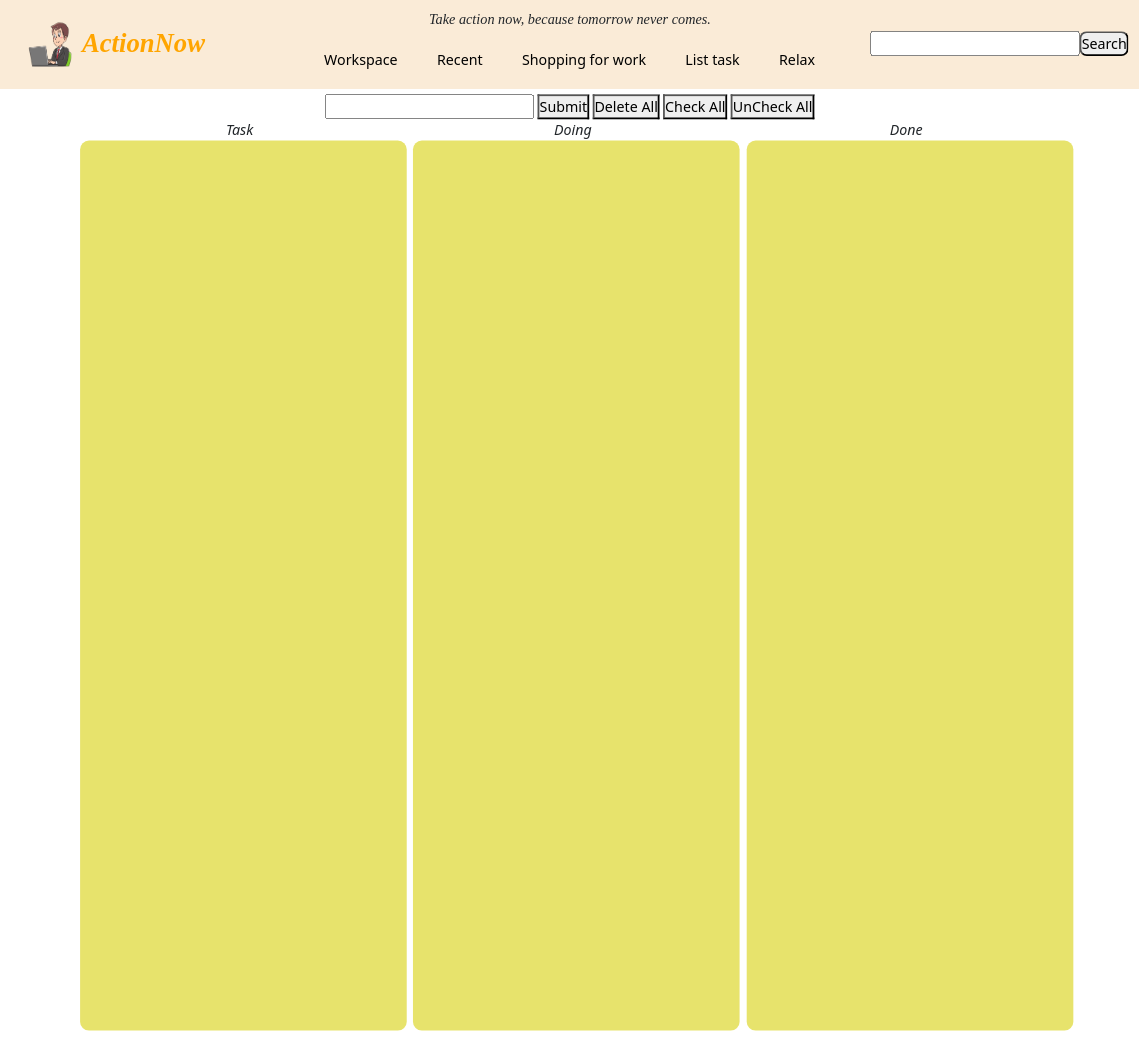
Repository: huavantinh/todo
Page: index.html
These files come from the project's save history. The page is drawn as it stood at one moment and after the next save; the edit follows.
The browser window is 1280 px wide. The pictures show the whole page, at 89% of full size.

Above is the page before, as saved 2023-04-07 09:53:55.

### index.html
<!DOCTYPE html>
<html lang="en">

<head>
  <meta charset="UTF-8" />
  <meta http-equiv="X-UA-Compatible" content="IE=edge" />
  <meta name="viewport" content="width=device-width, initial-scale=1.0" />
  <title>Document</title>
  <link rel="stylesheet" href="./css/style.css" />
  <link rel="stylesheet" href="https://cdn.jsdelivr.net/npm/bootstrap@5.2.3/dist/css/bootstrap.min.css"
    integrity="sha384-rbsA2VBKQhggwzxH7pPCaAqO46MgnOM80zW1RWuH61DGLwZJEdK2Kadq2F9CUG65" crossorigin="anonymous" />
</head>

<body>
  <nav class="nav-bar navbar navbar-default">
    <div class="container-fluid">
      <div class="brand">
        <!-- line1top -->
        <img src="./css/img/logo-brand.png" alt="Brand" />
        <i id="i1">ActionNow</i>
        <i id="i2">Take action now, because tomorrow never comes.</i>
        <!-- search  -->
        <div class="search-box">
          <input type="text" />
          <button>Search</button>
        </div>
      </div>
      <!-- menu  -->
      <div class="nav-menu">
        <div class="list-menu">
          <a href="">Workspace</a>
          <a href="">Recent</a>
          <a href="">Shopping for work</a>
          <a href="">List task</a>
          <a href="">Relax</a>
        </div>
      </div>
    </div>
  </nav>
  <div>

    <div class="container">
      <div class="add">
        <div class="box-add">
          <div class="d-inline-block position-relative">
            <input id="input-sub" type="text" />
            <span style="
                  color: #656966;
                  font-size: 10px;
                  position: absolute;
                  bottom: 0;
                  right: 0;
                " class="message" id="new-task-message">Please enter new task!</span>
          </div>

          <button id="button-submit" onclick="submit()">Submit</button>
          <button id="delete" onclick="deleteAll()">Delete All</button>
          <button id="checkall" onclick="checkAll(this)">Check All</button>
          <button id="uncheckall" onclick="unCheckAll(this)">
            UnCheck All
          </button>
        </div>
      </div>
      <div class="table">
        <div class="tasklist col-list">
          <i id="i1">Task</i>
          <div id="products  " class="col-item"></div>
        </div>

        <div class="doinglist col-list">
          <i id="i2">Doing</i>
          <div id="idoing  " class="col-item"></div>
        </div>

        <div class="donelist col-list">
          <i id="i3">Done</i>
          <div id="idoing " class="col-item"></div>
        </div>

      </div>
    </div>
  </div>
  </div>

  <script src="https://code.jquery.com/jquery-3.6.4.min.js"
    integrity="sha256-oP6HI9z1XaZNBrJURtCoUT5SUnxFr8s3BzRl+cbzUq8=" crossorigin="anonymous"></script>
  <script type="text/javascript" src="https://cdn.jsdelivr.net/npm/bootstrap@5.2.3/dist/js/bootstrap.min.js"></script>
  <script src="./app.js"></script>
</body>

</html>

### css/style.css
/* resetcss */
*{
    padding: 0;
    margin: 0;
}

/* Nav */
.container-fluid{
    position: fixed;
    top: 0;
    left: 0;
    right: 0;
    z-index: 99999;
    background-color: antiquewhite;
}


.brand{
    position: relative;
    display: flex;
    width: 100%;
    height: 50px;
}
.nav-menu{
    display: flex;
    justify-content: center;
    width: 100%;
    height: 50px;
    border-radius: 10px;
}
.nav-menu .list-menu{
    position: absolute;
    justify-content: center;
    align-items: center;
    margin-top: 5px;
}
.nav-menu .list-menu a{
    color: black;
    text-decoration: none;
    font-family: inherit;
    font-weight: 450;
    margin: 0 20px;
}
.brand .search-box{
    justify-content: center;
    align-items: center;
    position: absolute;
    right: 0;
    top: 70%;
    display: flex;
    border: none;
    cursor: pointer;
}

.search-box button {
    border-radius: 8px;
}

.search-box button:hover {
    background-color:orange;;
    border-radius: 8px;
}
.brand img {
    position: relative;
    left: 20px;
    position: relative;
    top: 50%;
    width: 50px;
    height: 50px;
    border-color: orange;
}
.brand #i1{
    position: relative;
    left: 20px;
    top: 30%;
    margin: 10px;
    float: left;
    width: 390px;
    max-width: 400px;
    font-size: 30px;
    color: orange;
    font-family: cursive;
    font-weight: 700;
}

.brand #i2{
    justify-content: center;
    align-items: center;
    margin: 10px;
    width: 390px;
    max-width: 400px;
    font-family: cursive;
    font-weight: 500;
}

body{
    position: relative;
    padding-top: 90px;
}


/* content  */
.add  {
    display: flex;
}
.box-add{
    margin: auto ;
}

.message
{
    display: none;
}
.error-message {
    display: inline;;
}

.table {
    display: flex;
    width: 100%;
    position: relative;
}

.table .col-list {
    width: 100% / 3;
    /* align-items: center; */

}

.table .col-item {
    display: flex;
    float: left;
    width: calc(1116px / 3 - 5px );
    height: 1000px;
    justify-content: center;
    background-color: rgb(231, 227, 108);
    border-radius: 10px;
    margin-left: 7.5px;
}

.table .col-list i {
    display: block;
    /* width: 100%; */
    text-align: center;;
    /* align-items: center; */
}


.tasklist #products {
    float: left;
    border-radius: 10px;
    width: calc(1116px / 3 - 5px );
    justify-content: center;
    background-color: rgb(243, 98, 98);
    display: inline;
}

#products .product1 {
    position: relative;
    margin-left: 10px;
    border-bottom: 1px solid #636363 ;
    height: 30px;
    align-items: center;
    display: flex;
}
#products .product1 .taskname{
    position: absolute;
    text-overflow: clip;
    display: block;
    /* word-wrap: break-word; */
    width: 75%;
    top: 2px;
}

.checkbox {
    position: absolute;
    margin-right: 10px;
    color: aquamarine;
    right: 70px;
    top: 8px;
}
.product1 button {
    /* display: flex; */
    /* align-items: center; */
    border-radius: 10px;
    background-color: #d6d6d6;
    max-height: 90%;
    position: absolute;
    margin-left: 280px;
    /* float: right; */
}




/* #idoing{
    display: flex;
    float: left;
    width: calc(1116px / 3 - 5px );
    height: 1000px;
    justify-content: center;
    background-color: rgb(231, 227, 108);
    border-radius: 10px;
    margin-left: 7.5px;

} */

#idoing i{
    width: 30%;
    height: 100%;
}


/* #done{
    display: flex;
    justify-content: center;
    float:right;
    width: calc(1116px / 3 - 5px );

    height: 1000px;
    border-radius: 10px;

    background-color: rgb(105, 252, 107);

} */

### app.js
let todos =
  localStorage && localStorage.getItem("todolist")
    ? JSON.parse(localStorage.getItem("todolist"))
    : [];

function submit() {
  let textBox = document.getElementById("input-sub");
  let content = textBox.value;
  let randId = Math.random(); // 0.1235
  document.getElementById("new-task-message").classList.add("error-message");
  if (content == "") {
    onkeydown = function () {
      document
        .getElementById("new-task-message")
        .classList.remove("error-message");
    };
    return;
  } else {
    addContent(content, randId);

    textBox.value = "";

    //f5 =>
    todos.push(content);
    setstorages()
  }
}

function setstorages() {
  localStorage && localStorage.setItem("todolist", JSON.stringify(todos));
}

function addContent(content, randId) {
  document.getElementById("new-task-message").classList.remove("error-message");

  $("#products").append(
    '<div style="color: black" class="product1" id="row' + randId + '">' +
      '<div class="taskname">' + content + '</div>' +
      '<div class="checkbox-item"><input id="' +
      '"  class="checkbox" type="checkbox"  onclick="checkItem(event)"/></div> <button class"delete-item" onclick="deleteItem(event)">Delete</button>' +
      "</div>"
  );
}

function deleteAll() {
  var products = document.getElementById("products");
  products.innerHTML = "";
}

function checkAll() {
  var checkboxes = document.getElementsByClassName("checkbox");
  for (var checkbox of checkboxes) {
    checkbox.checked = true;
    checkbox.closest("div").parentNode.style.color = "red";
  }
}

function unCheckAll() {
  var checkboxes = document.getElementsByClassName("checkbox");
  for (var checkbox of checkboxes) {
    checkbox.checked = false;
    checkbox.closest("div").parentNode.style.color = "orange";
  }
}
var textBox2 = document.getElementById("input-sub");
textBox2.addEventListener("keyup", function (event) {
  if (event.keyCode === 13) {
    submit();
  }
});

function deleteItem(event) {
  var products = document.getElementById("products");
  var arraypro= document.getElementsByClassName("product1");
  var div = event.currentTarget.parentNode;
  console.log(div)
  // debugger;
  // console.log(idiv);
  let index1 = Array.prototype.indexOf.call(arraypro, div );
  // let index = todos.indexOf(tex)
  let index2 = Array.prototype.indexOf.call(todos, index1);
  // console.log(index);
  console.log(index2);

  todos.splice(index2,1);
  products.removeChild(div);
  setstorages()
}


function checkItem(event) {
  var currenti = event.currentTarget;
  var color = currenti.checked ? "red" : "orange";
  var bgcolor = currenti.checked ? "blue" : "";
  currenti.closest("div").parentNode.style.color = color;
  currenti.closest("div").parentNode.style.backgroundColor = bgcolor;
}

document.addEventListener("DOMContentLoaded", function () {
  if (Array.isArray && todos.length > 0) {
    todos.forEach(function printlocal(content, index) {
      addContent(content, index);
    });
  }
});

After the next save:
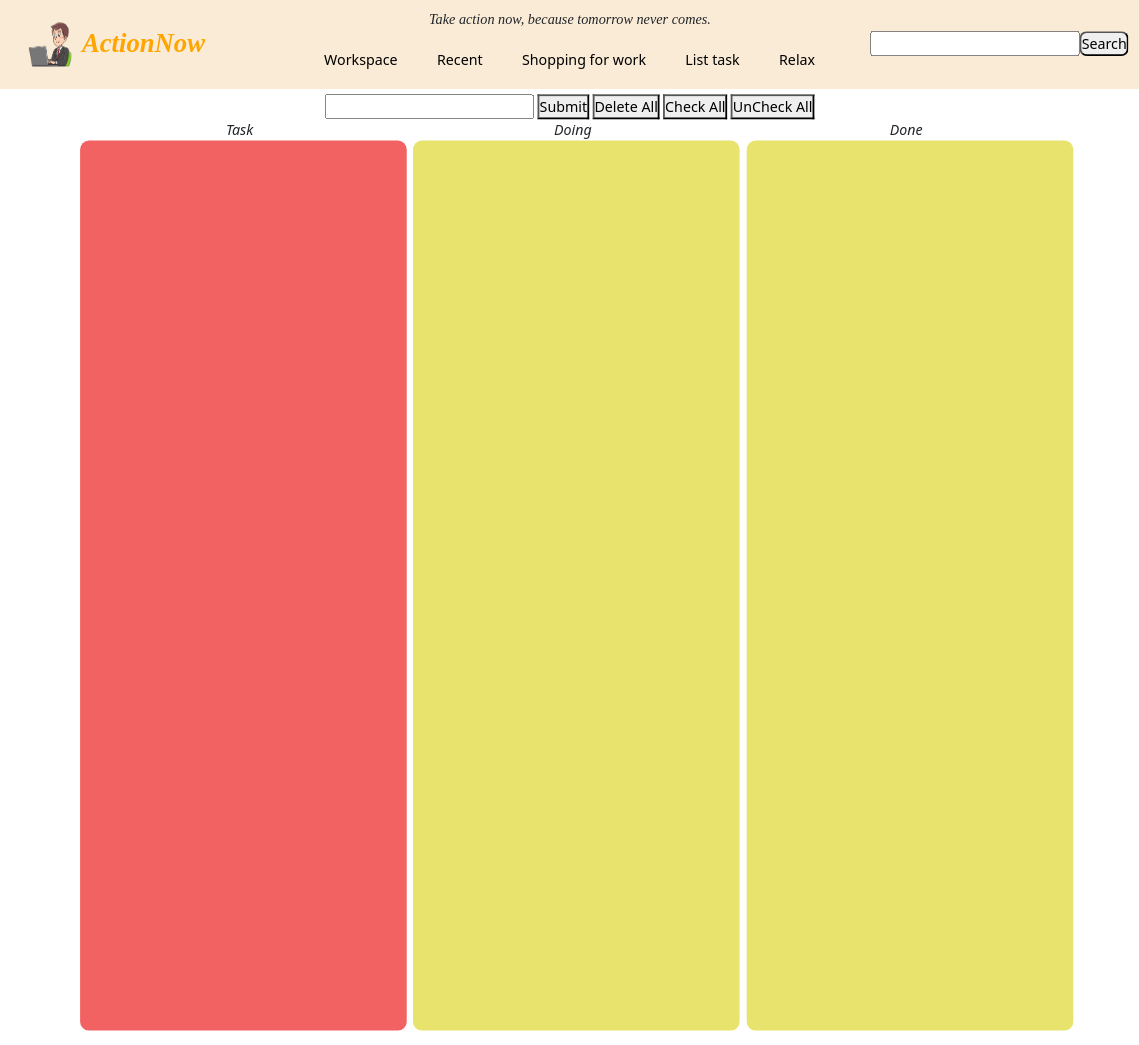
Saved 98 s later.
--- a/index.html
+++ b/index.html
@@ -64,17 +64,17 @@
       <div class="table">
         <div class="tasklist col-list">
           <i id="i1">Task</i>
-          <div id="products  " class="col-item"></div>
+          <div id="products" class="col-item"></div>
         </div>
 
         <div class="doinglist col-list">
           <i id="i2">Doing</i>
-          <div id="idoing  " class="col-item"></div>
+          <div id="idoing" class="col-item"></div>
         </div>
 
         <div class="donelist col-list">
           <i id="i3">Done</i>
-          <div id="idoing " class="col-item"></div>
+          <div id="idoing" class="col-item"></div>
         </div>
 
       </div>
